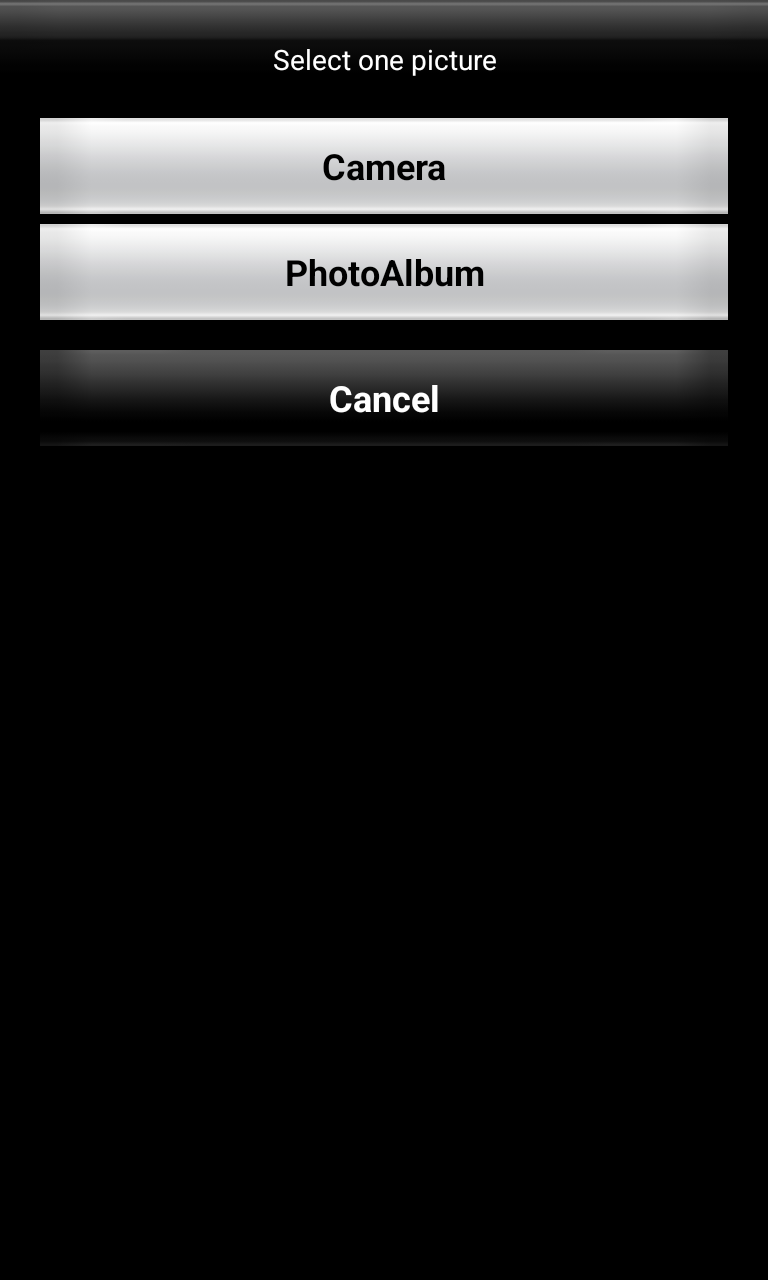
Repository: GitDidNotExitCleanly/FaceLabel
Layout: FaceLabel/res/layout/fragment_design_popup.xml
These files come from the project's save history. The layout is drawn as it stood at one moment and after the next save; the edit follows.
It is drawn on a 768 x 1280 px phone screen (xhdpi) without system bars, with theme AppTheme; the app's code is not run.

Above is the layout before, as saved 2015-04-19 02:13:26.

### FaceLabel/res/layout/fragment_design_popup.xml
<?xml version="1.0" encoding="utf-8"?>
<LinearLayout xmlns:android="http://schemas.android.com/apk/res/android"
    android:id="@+id/pop_layout"
    android:layout_width="fill_parent"
    android:layout_height="wrap_content"
    android:background="#000"
    android:layout_alignParentBottom="true"
    android:gravity="center_horizontal"
    android:orientation="vertical" >

    <TextView
        android:layout_width="match_parent"
        android:layout_height="wrap_content"
        android:paddingLeft="20dip"
        android:paddingRight="20dip"
        android:paddingTop="20dip"
        android:text="Select one picture"
        android:gravity="center"
        android:textColor="#fff"
        android:background="@drawable/fragment_design_popup_text_background" />

    <Button
        android:id="@+id/btn_take_photo"
        android:layout_width="fill_parent"
        android:layout_height="wrap_content"
        android:layout_marginLeft="20dip"
        android:layout_marginRight="20dip"
        android:layout_marginTop="20dip"
        android:text="Camera"
        android:textStyle="bold"
        android:background="@drawable/choose_photo_button_effect" />

    <Button
        android:id="@+id/btn_pick_photo"
        android:layout_width="fill_parent"
        android:layout_height="wrap_content"
        android:layout_marginLeft="20dip"
        android:layout_marginRight="20dip"
        android:layout_marginTop="5dip"
        android:text="PhotoAlbum"
        android:textStyle="bold"
        android:background="@drawable/take_photo_button_effect" />

    <Button
        android:id="@+id/btn_cancel"
        android:layout_width="fill_parent"
        android:layout_height="wrap_content"
        android:layout_marginBottom="15dip"
        android:layout_marginLeft="20dip"
        android:layout_marginRight="20dip"
        android:layout_marginTop="15dip"
        android:text="Cancel"
        android:textColor="#ffffff"
        android:textStyle="bold"
        android:background="@drawable/cancel_button_effect" />

</LinearLayout>

### FaceLabel/res/values/styles.xml
<resources>

    <!--
        Base application theme, dependent on API level. This theme is replaced
        by AppBaseTheme from res/values-vXX/styles.xml on newer devices.
    -->
    <style name="AppBaseTheme" parent="android:Theme.Light">
        <!--
            Theme customizations available in newer API levels can go in
            res/values-vXX/styles.xml, while customizations related to
            backward-compatibility can go here.
        -->
    </style>

    <!-- Application theme. -->
    <style name="AppTheme" parent="AppBaseTheme">
        <!-- All customizations that are NOT specific to a particular API-level can go here. -->
    </style>

    <style name="PopupMenuAnimation" parent="android:Animation">
        <item name="android:windowEnterAnimation">@anim/slide_up_dialog</item>
        <item name="android:windowExitAnimation">@anim/slide_out_down</item>
	</style>

</resources>

### FaceLabel/res/drawable-mdpi/choose_photo_button_effect.xml
<?xml version="1.0" encoding="utf-8"?>
<selector xmlns:android="http://schemas.android.com/apk/res/android" >
    <item android:state_pressed="false" android:drawable="@drawable/fragment_design_popup_function" />
    <item android:state_pressed="true" android:drawable="@drawable/fragment_design_popup_button_pressed" />
    <item android:drawable="@drawable/fragment_design_popup_cancel" />
</selector>

### FaceLabel/res/drawable-mdpi/take_photo_button_effect.xml
<?xml version="1.0" encoding="utf-8"?>
<selector xmlns:android="http://schemas.android.com/apk/res/android" >
    <item android:state_pressed="false" android:drawable="@drawable/fragment_design_popup_function" />
    <item android:state_pressed="true" android:drawable="@drawable/fragment_design_popup_button_pressed" />
    <item android:drawable="@drawable/fragment_design_popup_cancel" />
</selector>

### FaceLabel/res/drawable-mdpi/cancel_button_effect.xml
<?xml version="1.0" encoding="utf-8"?>
<selector xmlns:android="http://schemas.android.com/apk/res/android" >
    <item android:state_pressed="false" android:drawable="@drawable/fragment_design_popup_cancel" />
    <item android:state_pressed="true" android:drawable="@drawable/fragment_design_popup_button_pressed" />
    <item android:drawable="@drawable/fragment_design_popup_cancel" />
</selector>

Loaded but not shown: FaceLabel/res/values-v11/styles.xml (common file); FaceLabel/res/values-v14/styles.xml (common file)

After the next save:
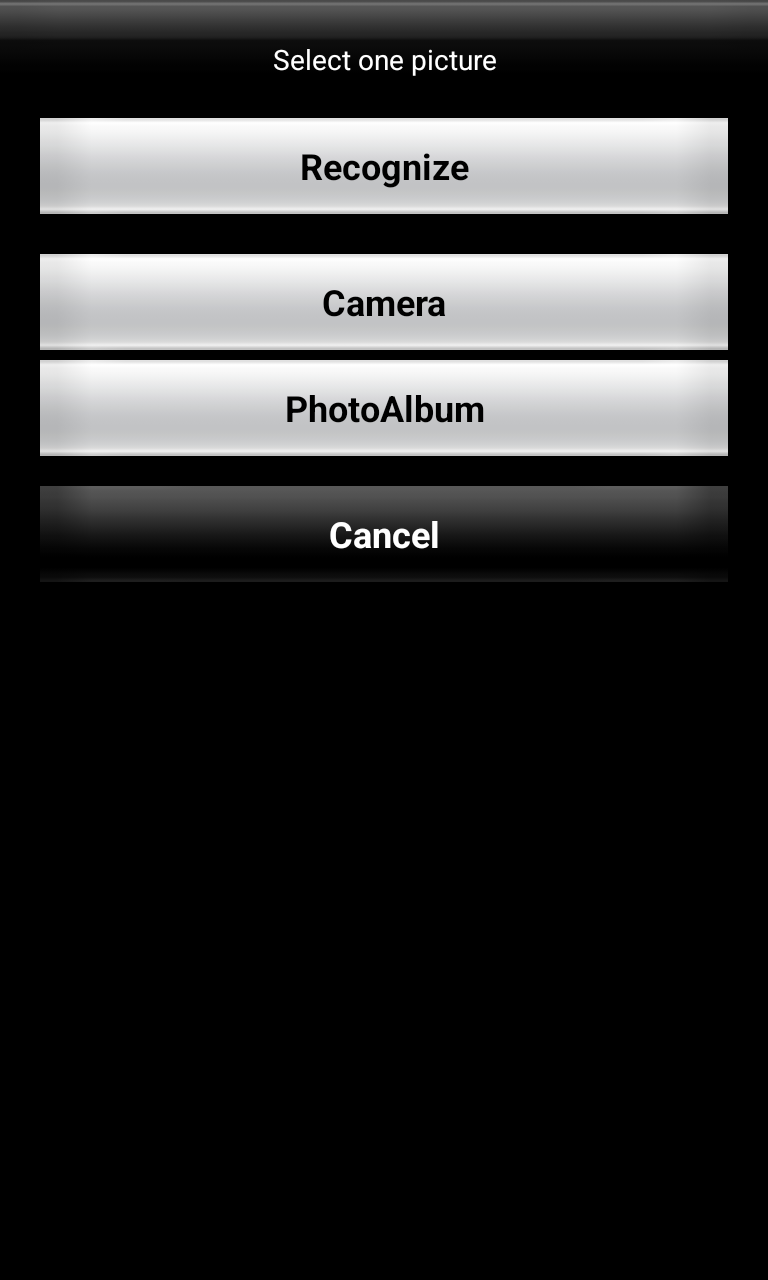
Saved 7 min 44 s later.
--- a/FaceLabel/res/layout/fragment_design_popup.xml
+++ b/FaceLabel/res/layout/fragment_design_popup.xml
@@ -18,6 +18,17 @@
         android:gravity="center"
         android:textColor="#fff"
         android:background="@drawable/fragment_design_popup_text_background" />
+
+    <Button
+        android:id="@+id/btn_recoginize_face"
+        android:layout_width="fill_parent"
+        android:layout_height="wrap_content"
+        android:layout_marginLeft="20dip"
+        android:layout_marginRight="20dip"
+        android:layout_marginTop="20dip"
+        android:text="Recognize"
+        android:textStyle="bold"
+        android:background="@drawable/choose_photo_button_effect" />
 
     <Button
         android:id="@+id/btn_take_photo"
